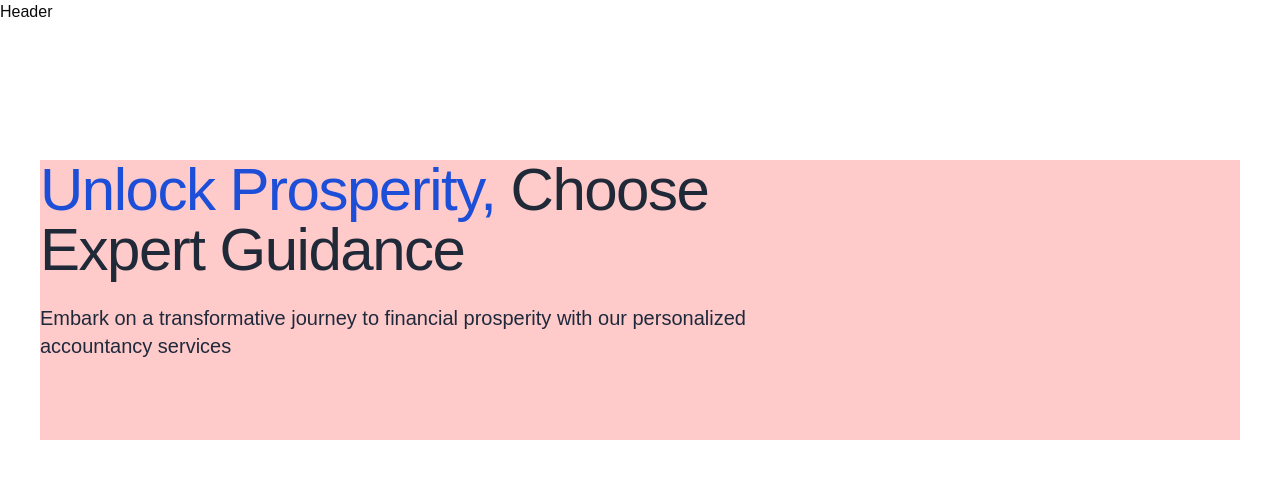
Repository: vespersolutionspk18/integrast-website
Page: /
The author's editor kept a copy of each file at every save. The page is drawn from the files as they stood at one save, then again after the next save.
The browser window is 1280 px wide. The pictures show the whole page.
The project was rebuilt for these pictures with package versions that can differ from the ones it lists, and the page was loaded fresh each time. The framework's server and built-in components were replaced by stand-ins that run in the browser. Also part of the build but not shown: next.config.ts.

Above is the page before, as saved 2024-12-09 14:45:12.

### app/page.tsx
import Image from "next/image";
import Header from "./Header";
import Hero from "./Hero";

export default function Home() {
  return (
    <div>
      <Header />
      <Hero />
    </div>
  );
}

### app/Hero.tsx
import React from 'react'

const Hero = () => {
  return (
    <div className="flex flex-col p-10 ">
        <div className="flex flex-row mt-24 h-[280px] bg-red-200">
            <div className="w-[60%] flex flex-col">
                <h1 className="font-light text-6xl text-blue-700 tracking-tight">Unlock Prosperity, <span className="text-gray-800">Choose Expert Guidance</span></h1>
                <h4 className="text-xl text-slate-800 mt-6">Embark on a transformative journey to financial prosperity with our personalized accountancy services</h4>
            </div>
        </div>
    </div>
  )
}

export default Hero

Loaded but not shown: app/layout.tsx (common file); app/globals.css (common file); app/Header.tsx (common file); tailwind.config.ts (common file)

After the next save:
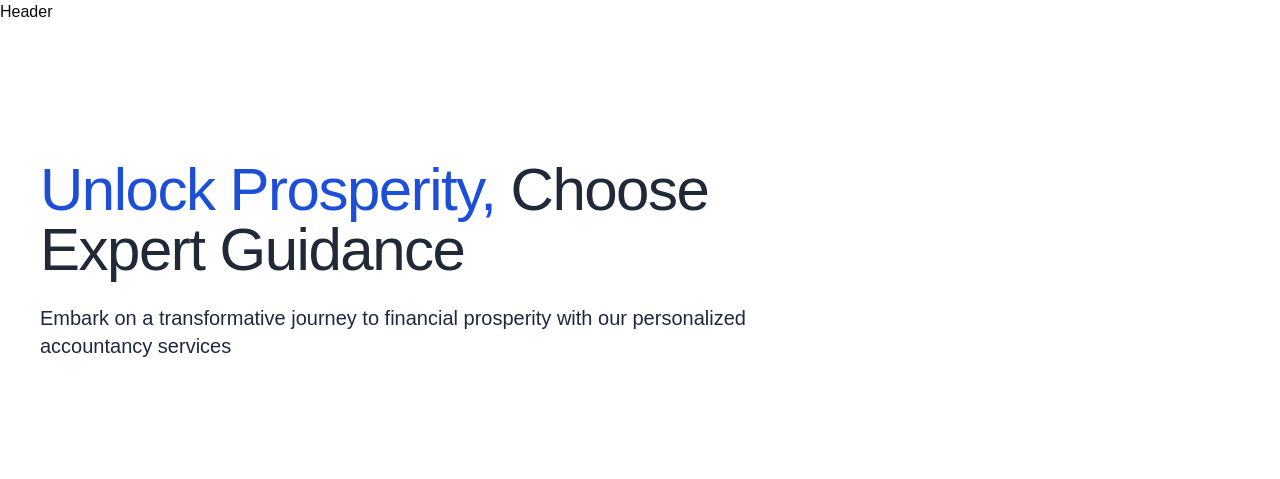
Saved 10 s later.
--- a/app/Hero.tsx
+++ b/app/Hero.tsx
@@ -3,7 +3,7 @@ import React from 'react'
 const Hero = () => {
   return (
     <div className="flex flex-col p-10 ">
-        <div className="flex flex-row mt-24 h-[280px] bg-red-200">
+        <div className="flex flex-row mt-24 h-[280px] ">
             <div className="w-[60%] flex flex-col">
                 <h1 className="font-light text-6xl text-blue-700 tracking-tight">Unlock Prosperity, <span className="text-gray-800">Choose Expert Guidance</span></h1>
                 <h4 className="text-xl text-slate-800 mt-6">Embark on a transformative journey to financial prosperity with our personalized accountancy services</h4>
